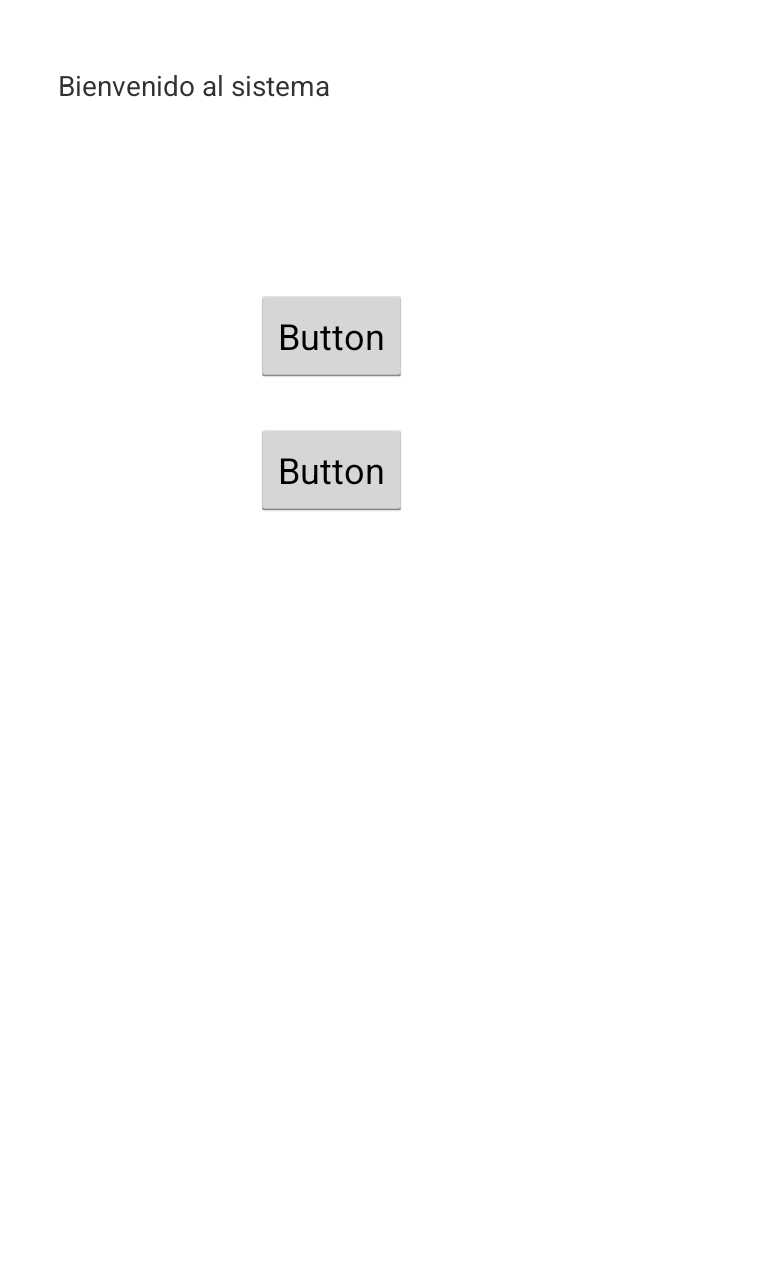
Repository: moynard/PeanutAndroid
Layout: WHSStorekeeper/res/layout/menu_activity.xml
These files come from the project's save history. The layout is drawn as it stood at one moment and after the next save; the edit follows.
It is drawn on a 768 x 1280 px phone screen (xhdpi) without system bars, with theme AppTheme; the app's code is not run.

Above is the layout before, as saved 2013-07-20 00:23:03.

After the next save:
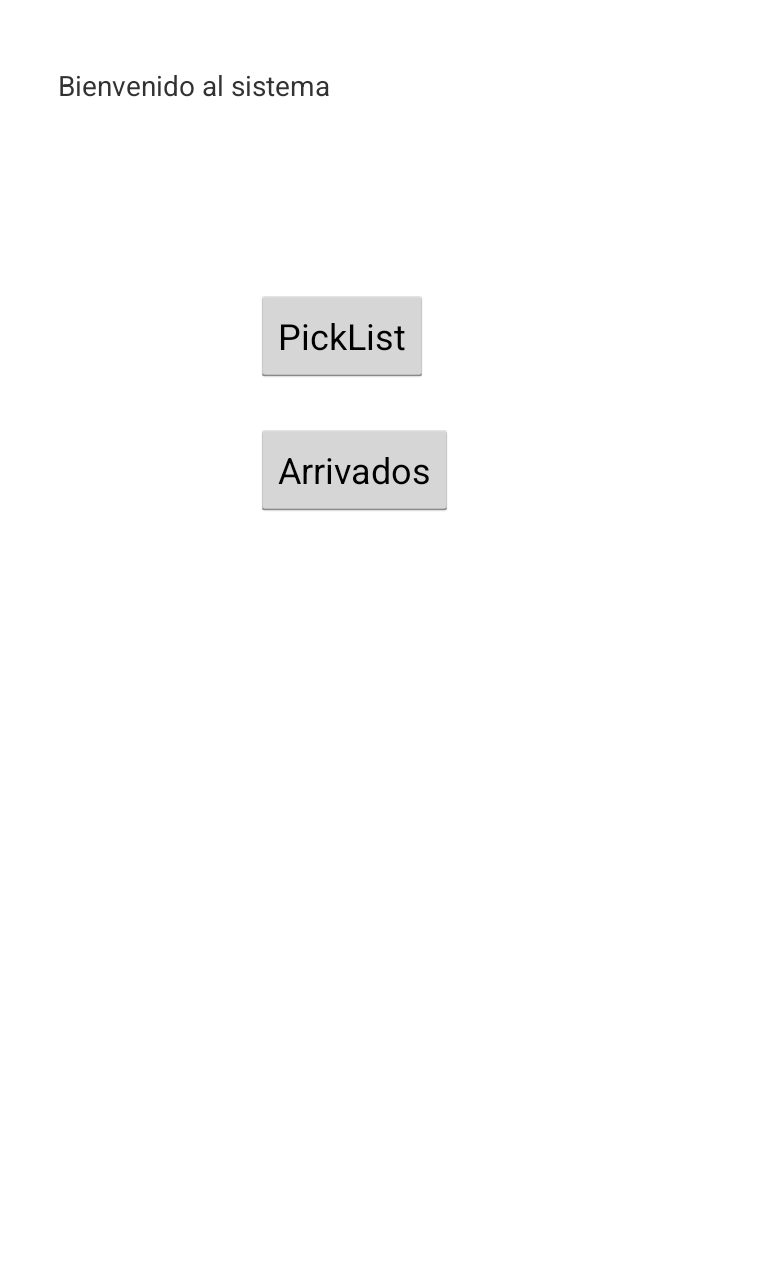
Saved 40 s later.
--- a/WHSStorekeeper/res/layout/menu_activity.xml
+++ b/WHSStorekeeper/res/layout/menu_activity.xml
@@ -30,7 +30,7 @@
         android:layout_alignLeft="@+id/usermail"
         android:layout_below="@+id/usermail"
         android:layout_marginTop="124dp"
-        android:text="Button" />
+        android:text="Arrivados" />
 
     <Button
         android:id="@+id/picklistBtn"
@@ -39,6 +39,6 @@
         android:layout_alignLeft="@+id/ArrivdadosBtn"
         android:layout_below="@+id/usermail"
         android:layout_marginTop="57dp"
-        android:text="Button" />
+        android:text="PickList" />
 
 </RelativeLayout>
